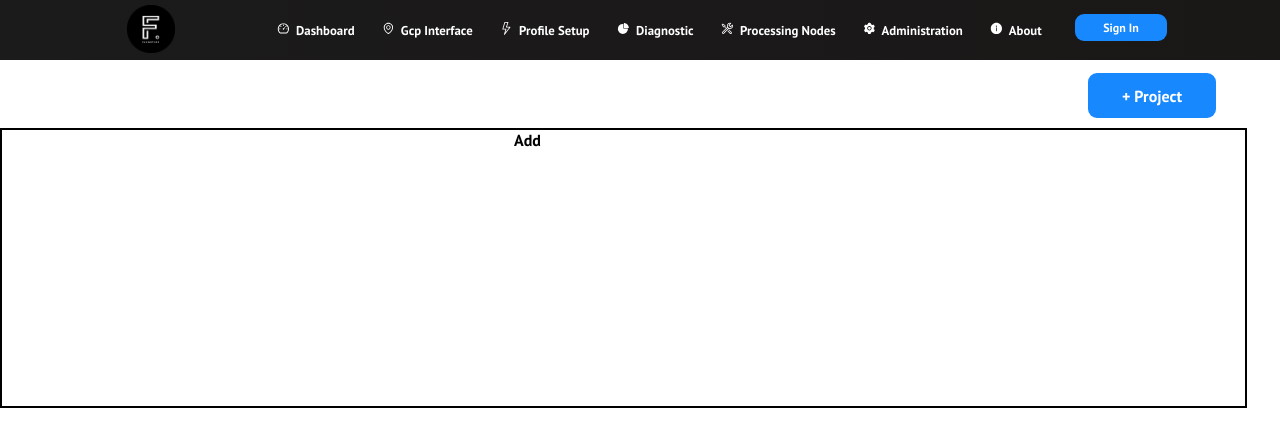
Repository: Akshaykumar1111/akki
Page: /Dashboard
The author's editor kept a copy of each file at every save. The page is drawn from the files as they stood at one save, then again after the next save.
The browser window is 1280 px wide. The pictures show the whole page.
Some web libraries are served in a nearby version. The project was rebuilt for these pictures with package versions that can differ from the ones it lists, and the page was loaded fresh each time. Also part of the build but not shown: src/components/pages/Administration.css, src/components/pages/Administration.js, src/components/pages/Diagnostic.js, src/components/pages/ProfileSetup.js, src/components/pages/GcpInterface.js, src/components/pages/ProcessingNodes.js, src/components/pages/About.js, src/components/pages/Popup.css and 7 more.

Above is the page before, as saved 2022-10-20 11:10:02.

### src/App.css
* {
  box-sizing: border-box;
  margin: 0;
  padding: 0;
  font-family: 'PT Sans', sans-serif;
}

.home,
.Diagnostic,
.Dashboard,
.ProfileSetup,
.GcpInterface,
.ProcessingNodes,
.products,
.Administration,
.DeveloperTools,
.About,
.sign-up,
.SigUp,
.Forgot,
.marketing,
.consulting {
  display: flex;
  height: 961.3px;
  align-items: center;
  justify-content: center;
  font-size: 2rem;
}


.map-container{
  width: 100%;
  height: 100%;
}

.Dashboard {
  background-image: url('./images/img-1.jpg');
  background-position: center;
  background-size: cover;
  background-repeat: no-repeat;
  color: #fff;
  font-size: 100px;

  margin-bottom: 10px;
}

.GcpInterface {
  background-image: url('./images/img-2.jpg');
  background-position: center;
  background-size: cover;
  background-repeat: no-repeat;
  color: #fff;
  font-size: 100px;
}

.Diagnostic {
  background-image: url('./images/img-3.jpg');
  background-position: center;
  background-size: fill;
  background-repeat: no-repeat;
  color: #fff;
  font-size: 100px;
}

.ProfileSetup {
  background-image: url('./images/img-4.jpg');
  background-position: center;
  background-size: cover;
  background-repeat: no-repeat;
  color: #fff;
  font-size: 100px;
}

.sign-up {
  background-image: url('./images/img-7.jpg');
  background-position: center;
  background-size: cover;
  background-repeat: no-repeat;
  color: #fff;
  font-size: 100px;
}

.marketing {
  background-image: url('./images/img-6.jpg');
  background-position: center;
  background-size: cover;
  background-repeat: no-repeat;
  color: #fff;
  font-size: 100px;
}

.consulting {
  background-image: url('./images/img-5.jpg');
  background-position: bottom;
  background-size: cover;
  background-repeat: no-repeat;
  color: #fff;
  font-size: 100px;
}

### src/components/pages/Dashboard.js

import React from 'react';
import '../../App.css';
import '../Button.css';
import './Dashboard.css';

export default function Dashboard() {
  return ( <>
  <button type="button" className='btn projectbtn'>+ Project</button>
  <div11>Add</div11>
  </>
  )
 }

### src/components/Button.js
import React from 'react';
import './Button.css';
import { Link } from 'react-router-dom';

export function Button() {
  return (
    <Link to='sign-In'>
      <button className='btn'>Sign In</button>
    </Link>
  );
}

### src/components/Navbar.css
.navbar {

  height: 70px;
  display: flex;
  justify-content: center;
  align-items: center;
  font-size: 1.2rem;


}
.nav-bg1{
  background-color: rgba(42, 41, 41, 0.606);
  }
.nav-bg2{
  background: linear-gradient(90deg, rgb(28, 27, 27) 0%, rgb(26, 23, 23) 100%);

}

.navbar-logo {
  color: #fff;
  justify-self: start;
  margin-left: 20px;
  cursor: pointer;
  text-decoration: none;
  font-size: 2rem;
}

.fa-firstdraft {
    margin-left: -18%;
    font-size: 1rem;
    height: 4rem;
    width: 4rem;
    text-align: center;
    margin-top: 12%;
    margin-left: -190%;
}
/* .log-img{
  width: 8%;
} */
.nav-menu {
  display: grid;
  grid-template-columns: repeat(8, auto);
  grid-gap: 10px;
  list-style: none;
  text-align: center;
  width: 70vw;
  justify-content: end;
  margin-right: 2rem;
}

.nav-item {
  display: flex;
  align-items: center;
  height: 80px;
  margin-top: 8%;
  display: flex;
}

.nav-links {
  color: white;
  text-decoration: none;
  padding: 0.5rem 1rem;
}

.nav-links:hover {
  background-color: #1888ff;
  border-radius: 4px;
  transition: all 0.2s ease-out;
}

.fa-bars {
  color: #fff;
}

.nav-links-mobile {
  display: none;
}

.menu-icon {
  display: none;
}
.li1{
  margin-top: 9%;
}

.li2{
  margin-top: 8%;
}
.li4{
  margin-top: 9%;
}
.li5{
  margin-top: 6.5%;
}
.li6{
  margin-top: 7.3%;
}
.li7{
  margin-top: 12.4%;
}
.li8{
  margin-top: 7%;
}

.nav-links1 {
  color: white;
  text-decoration: none;
  padding: 0.5rem 1rem;
}






@media screen and (max-width: 1648px) {
  .navbar {
    /* background: linear-gradient(90deg, rgb(28, 27, 27) 0%, rgb(26, 23, 23) 100%); */
    height: 60px;
    display: flex;
    justify-content: center;
    align-items: center;
    font-size: 0.8rem;
  }
  .nav-bg1{
    background-color: rgba(42, 41, 41, 0.606);
    }
  .nav-bg2{
    background: linear-gradient(90deg, rgb(28, 27, 27) 0%, rgb(26, 23, 23) 100%);

  }
  .navbar-logo {
    color: #fff;
    justify-self: start;
    margin-left: 20px;
    cursor: pointer;
    text-decoration: none;
    font-size: 1.5rem;
    padding-right: 1%;
  }

  .fa-firstdraft {
    margin-left: -6%;
    font-size: 1rem;
    height: 3rem;
    width: 3rem;
    text-align: center;
    margin-top: 12%;
}

  .nav-menu {
    display: grid;
    grid-template-columns: repeat(8, auto);
    grid-gap: 8px;
    list-style: none;
    text-align: center;
    width: 75vw;
    justify-content: end;
    margin-right: 1.2rem;
  }

  .nav-item {
    display: flex;
    align-items: center;
    height: 75px;
  }

  .nav-links {
    color: white;
    text-decoration: none;
    padding: 0.5rem 0.6rem;
  }

  .nav-links1 {
    color: white;
    text-decoration: none;
    padding: 0.5rem 1rem;
  }

  .nav-links:hover {
    background-color: #1888ff;
    border-radius: 4px;
    transition: all 0.2s ease-out;
  }

  .fa-bars {
    color: #fff;
  }

  .nav-links-mobile {
    display: none;
  }

  .menu-icon {
    display: none;
  }
  .li1{
    margin-top: 9%;
  }

  .li2{
    margin-top: 8%;
  }
  .li4{
    margin-top: 9%;
  }
  .li5{
    margin-top: 6.5%;
  }
  .li6{
    margin-top: 7.3%;
  }
  .li7{
    margin-top: 12.4%;
  }
  .li8{
    margin-top: 7%;
  }

}



@media screen and (max-width: 961px) {
  .NavbarItems {
    position: relative;
  }

  .nav-menu {
    display: flex;
    flex-direction: column;
    width: 100%;
    height: 90vh;
    position: absolute;
    top: 80px;
    left: -100%;
    opacity: 1;
    transition: all 0.5s ease;
  }

  .nav-menu.active {
    background: #242222;
    left: 0;
    opacity: 1;
    transition: all 0.5s ease;
    z-index: 1;
  }

  .nav-links {
    text-align: center;
    padding: 0rem;
    width: 100%;
    display: table;
    margin-top: -1%;
  }

  .nav-links1 {
    color: white;
    text-decoration: none;
    padding: 0.5rem 1rem;
  }


  .nav-links:hover {
    background-color: #1888ff;
    border-radius: 0;
  }

  .navbar-logo {
    position: absolute;
    top: 0;
    left: 0;
    transform: translate(25%, 50%);
  }

  .menu-icon {
    display: block;
    position: absolute;
    top: -8px;
    right: 0;
    transform: translate(-100%, 60%);
    font-size: 1.8rem;
    cursor: pointer;
  }

  .fa-times {
    color: #fff;
    font-size: 2rem;
  }
  .nav-item {
    display: flex;
    align-items: center;
    height: 88px;
    font-size: 155%;
}

  .nav-links-mobile {
    display: block;
    text-align: center;
    /* padding: 1.5rem; */
    margin: 0rem auto;
    border-radius: 16px;
    width: 50%;
    background: #1888ff;
    text-decoration: none;
    color: #fff;
    font-size: 1.2rem;
    height: 55px;
    margin-bottom: 2%;
    padding-top: 2%;
  }

  .nav-links-mobile:hover {
    background: #fff;
    color: #1888ff;
    transition: 250ms;
  }

  .nav-Button{
    margin-top: 14%;
  }
  /* button {
    display: none;
  } */
  .fa-firstdraft {
    margin-left: 85%;
    font-size: 1rem;
    height: 3rem;
    width: 3rem;
    text-align: center;
    margin-top: -28%;
}
.li1{
  margin-top: 9%;
}

.li2{
  margin-top: 8%;
}
.li4{
  margin-top: 9%;
}
.li5{
  margin-top: 6.5%;
}
.li6{
  margin-top: 7.3%;
}
.li7{
  margin-top: 12.4%;
}
.li8{
  margin-top: 7%;
}

}



@media screen and (max-width: 480px) {
  .NavbarItems {
    position: relative;
  }

  .nav-menu {
    display: flex;
    flex-direction: column;
    width: 100%;
    height: 90vh;
    position: absolute;
    top: 80px;
    left: -100%;
    opacity: 1;
    transition: all 0.5s ease;
  }

  .nav-menu.active {
    background: #242222;
    left: 0;
    opacity: 1;
    transition: all 0.5s ease;
    z-index: 1;
  }

  .nav-links {
    text-align: center;
    padding: 0rem;
    width: 100%;
    display: table;
    margin-top: -1%;
  }

  .nav-links1 {
    color: white;
    text-decoration: none;
    padding: 0.5rem 1rem;
  }


  .nav-links:hover {
    background-color: #1888ff;
    border-radius: 0;
  }

  .navbar-logo {
    position: absolute;
    top: 0;
    left: 0;
    transform: translate(25%, 50%);
  }

  .menu-icon {
    display: block;
    position: absolute;
    top: -8px;
    right: 0;
    transform: translate(-100%, 60%);
    font-size: 1.8rem;
    cursor: pointer;
  }

  .fa-times {
    color: #fff;
    font-size: 2rem;
  }
  .nav-item {
    display: flex;
    align-items: center;
    height: 88px;
    font-size: 155%;
}

  .nav-links-mobile {
    display: block;
    text-align: center;
    /* padding: 1.5rem; */
    margin: 0rem auto;
    border-radius: 16px;
    width: 50%;
    background: #1888ff;
    text-decoration: none;
    color: #fff;
    font-size: 1.2rem;
    height: 55px;
    margin-bottom: 2%;
    padding-top: 2%;
  }

  .nav-links-mobile:hover {
    background: #fff;
    color: #1888ff;
    transition: 250ms;
  }

  .nav-Button{
    margin-top: 14%;
  }
  /* button {
    display: none;
  } */
  .fa-firstdraft {
    margin-left: 50%;
    font-size: 1rem;
    height: 3rem;
    width: 3rem;
    text-align: center;
    margin-top: -28%;
}
.li1{
  margin-top: 9%;
}

.li2{
  margin-top: 8%;
}
.li4{
  margin-top: 9%;
}
.li5{
  margin-top: 6.5%;
}
.li6{
  margin-top: 7.3%;
}
.li7{
  margin-top: 12.4%;
}
.li8{
  margin-top: 7%;
}

}

/* <-----------sticky navbar----------> */
/* .sticky{
  position: fixed;
  top: 0;
  left: 0;
  width: 100%;
  height: 5rem;
  padding-top: 0;
  padding-bottom: 0;
  box-shadow: 0 0 2rem 0 rgb(0,0,0,5);
} */
/* <-----------sticky navbar end----------> */

### src/components/Button.css
:root {
  --primary: #1888ff;
}

.btn {
  padding: 6px 9px;
  border-radius: 4px;
  outline: none;
  border: none;
  font-size: 15px;
  color: #fff;
  cursor: pointer;
  background-color: var(--primary);
  margin-top: 33%;
}
.projectbtn {
  font-size: 150%;
  /* padding: 0.5% 0.1% 0.5% 0.1%; */
  width: 10%;
  margin-top: 1%;
  margin-left: 89%;
}

.btn:hover {
  padding: 5px 9px;
  transition: all 0.3s ease-out;
  background-color: transparent;
  color: #fff;
  border-radius: 4px;
  border: 2px solid var(--primary);
  transition: all 0.3s ease-out;
}
@media screen and (max-width: 1140px) {
  .NavbarItems {
    position: relative;
  }
  :root {
    --primary: #1888ff;
  }

  .btn {
    padding: 6px 12px;
    border-radius: 9px;
    outline: none;
    border: none;
    font-size: 12px;
    color: #fff;
    cursor: pointer;
    background-color: var(--primary);
    margin-top: 36%;
  }
  .projectbtn {
    font-size: 150%;
    /* padding: 0.5% 0.1% 0.5% 0.1%; */
    width: 10%;
    margin-top: 1%;
    margin-left: 89%;
  }

  .btn:hover {
    padding: 6px 18px;
    transition: all 0.3s ease-out;
    background-color: transparent;
    color: #fff;
    border-radius: 4px;
    border: 2px solid var(--primary);
    transition: all 0.3s ease-out;
  }
}

@media screen and (max-width: 1648px) {
  .NavbarItems {
    position: relative;
  }
  :root {
    --primary: #1888ff;
  }

  .btn {
    padding: 6px 12px;
    border-radius: 9px;
    outline: none;
    border: none;
    font-size: 12px;
    color: #fff;
    cursor: pointer;
    background-color: var(--primary);
    margin-top: 26%;
  }
  .projectbtn {
    font-size: 100%;
    padding: 1% 0.1% 1% 0.1%;
    width: 10%;
    margin-top: 1%;
    margin-left: 85%;
  }

  .btn:hover {
    padding: 6px 18px;
    transition: all 0.3s ease-out;
    background-color: transparent;
    color: #fff;
    border-radius: 4px;
    border: 2px solid var(--primary);
    transition: all 0.3s ease-out;
  }
}




@media screen and (max-width: 961px) {
  .NavbarItems {
    position: relative;
  }
  :root {
    --primary: #1888ff;
  }

  .btn {

    border-radius: 9px;
    outline: none;
    border: none;
    font-size: 12px;
    color: #fff;
    cursor: pointer;
    background-color: var(--primary);
    width: auto;
    margin-top: 3%;
  }
  .projectbtn {
    font-size: 100%;
    padding: 1.5% 0.1% 1.5% 0.1%;
    width: 10%;
    margin-top: 1%;
    margin-left: 86%;
  }

  .btn:hover {
    padding: 0px 0px;
    transition: all 0.3s ease-out;
    background-color: transparent;
    color: #fff;
    border-radius: 4px;
    border: 2px solid var(--primary);
    transition: all 0.3s ease-out;
  }
}

### src/components/pages/Dashboard.css
div11{
    padding: 0% 55% 20% 40%;
    border:2px solid black;
    background: transparent;
    }

### src/components/pages/Signin.css
.sign-ups{
    display: flex;
    height: 33px;
    align-items: center;
    justify-content: center;
    font-size: 3rem;
    margin-top: -9px;
    color:whitesmoke;
    text-shadow: 2px 2px 15px white;
  }
  body {font-family: Arial, Helvetica, sans-serif;}
  /* The Modal (background) */
  .Main-login-Div {
  width: 100%;
  height: 100%;
  background-color: rgba(0,0,0,0.4);

  padding:10% 20% 5.6% 20%;

  background-image: url('../../images/abhi.jpg');
  background-size: cover;


  }

  /* input[type=text], input[type=password] {
  width: 100%;
  padding: 12px 20px;
  margin: 12px 0;
  display: inline-block;
  border: 1px solid #ccc;
  box-sizing: border-box;
  } */
  .input[type=text], .input[type=password] {
    width: 100%;
    padding: 12px 20px;
    margin: 12px 0;
    display: inline-block;
    border: 1px solid #ccc;
    box-sizing: border-box;
    }

  /* Set a style for all buttons */
  button {
  background-color: var(--primary);
  color: white;
  padding: 14px 20px;
  margin: 12px 0;
  border: none;
  cursor: pointer;
  width: 100%;
  border-radius: 10px;

  }


  button:hover {
  opacity: 0.8;
  }

  .nav-links-mobile {
    display: none;
  }

  /* Extra styles for the cancel button */
  .cancelbtn {
  width: auto;
  padding: 10px 18px;
  background-color: #f44336;
  border-radius: 9%;
  }

  .Signupbtn{
  width: auto;
  padding: 10px 18px;
  background-color: var(--primary);
  text-align: center;
  border-radius: 9%;
  }

  /* Center the image and position the close button */
  .imgcontainer  {
  text-align: center;
  margin: 24px 0 12px 0;
  position: relative;
  }

  img.avatar {
  width: 40%;
  border-radius: 50%;
  }

  .container {
  padding: 16px;
  /* text-align: right; */

  }
  .cont2{
    margin-left: 75px;
  }

  .container5 {

  /* text-align: right; */
  width: 100%;
  display: flex;
  /* height: 10%; */

  }

  .container1 {
  padding: 16px;

  width: 80%;

  }
  .container2 {
  width: 20%;
  text-align: right;
  padding: 16px;

  }







  span.psw {
  float: right;
  padding-top: 16px;
  }



  /* Modal Content/Box */
  .modal-content {
  background-color: #fefefe;
  margin: 5% auto 15% auto; /* 5% from the top, 15% from the bottom and centered */
  border: 1px solid #888;
  width: 80%; /* Could be more or less, depending on screen size */
  border-radius: 18px;
  }

  /* The Close Button (x) */
  .close {
  position: absolute;
  right: 25px;
  top: 0;
  color: #000;
  font-size: 35px;
  font-weight: bold;
  }

  .close:hover,
  .close:focus {
  color: red;
  cursor: pointer;
  }

  /* Add Zoom Animation */
  .animate {
  -webkit-animation: animatezoom 0.6s;
  animation: animatezoom 0.6s
  }

  @-webkit-keyframes animatezoom {
  from {-webkit-transform: scale(0)}
  to {-webkit-transform: scale(1)}
  }

  @keyframes animatezoom {
  from {transform: scale(0)}
  to {transform: scale(1)}
  }


  /* /////////////////////////////////////////////////////////////////////////////////////////////////////////////////// */
  @media screen and (max-width: 961px){
  .sign-ups{
    display: flex;
    height: 33px;
    align-items: center;
    justify-content: center;
    font-size: 3rem;
    margin-top: -9px;
    color:whitesmoke;
    text-shadow: 2px 2px 15px white;
  }
  body {font-family: Arial, Helvetica, sans-serif;}
  /* The Modal (background) */
  .Main-login-Div {
  width: 100%; /* Full width */
  height: 100%; /* Full height */
  background-color: rgba(0,0,0,0.4); /* Black w/ opacity */
  padding-top: 15%;
  padding-bottom: 2%;

  background-image: url('../../images/abhi.jpg');
  background-size: cover;


  }

  .input2[type=text], .input2[type=password] {
  width: 80%;
  padding: 12px 20px;
  margin: 12px 0;
  display: inline-block;
  border: 1px solid #ccc;
  box-sizing: border-box;
  }

  /* Set a style for all buttons */
  button {
  background-color: var(--primary);
  color: white;
  padding: 14px 20px;
  margin: 12px 0;
  border: none;
  cursor: pointer;
  width: 100%;
  border-radius: 10px;
  }


  button:hover {
  opacity: 0.8;
  }

  /* Extra styles for the cancel button */
  .cancelbtn {
  /* width: auto; */
  padding: 10px 18px;
  background-color: #f44336;
  }

  .Signupbtn{
  /* width: auto; */
  padding: 10px 18px;
  background-color: var(--primary);
  text-align: center;

  }

  /* Center the image and position the close button */
  .imgcontainer  {
  text-align: center;
  margin: 24px 0 12px 0;
  position: relative;
  }

  img.avatar {
  width: 40%;
  border-radius: 50%;
  }

  .container {
  padding: 16px;
  /* text-align: right; */

  }

  .container5 {

  /* text-align: right; */
  width: 100%;
  display: flex;
  /* height: 10%; */

  }

  .container1 {
  padding: 16px;

  width: 80%;

  }
  .container2 {
  width: 50%;
  text-align: right;
  padding: 16px;

  }








  span.psw {
  float: right;
  padding-top: 16px;
  }



  /* Modal Content/Box */
  .modal-content {
  background-color: #fefefe;
  margin: 5% auto 15% auto; /* 5% from the top, 15% from the bottom and centered */
  border: 1px solid #888;
  width: 80%; /* Could be more or less, depending on screen size */
  border-radius: 18px;
  }

  /* The Close Button (x) */
  .close {
  position: absolute;
  right: 25px;
  top: 0;
  color: #000;
  font-size: 35px;
  font-weight: bold;
  }

  .close:hover,
  .close:focus {
  color: red;
  cursor: pointer;
  }

  /* Add Zoom Animation */
  .animate {
  -webkit-animation: animatezoom 0.6s;
  animation: animatezoom 0.6s
  }

  @-webkit-keyframes animatezoom {
  from {-webkit-transform: scale(0)}
  to {-webkit-transform: scale(1)}
  }

  @keyframes animatezoom {
  from {transform: scale(0)}
  to {transform: scale(1)}
  }
  }
  @media screen and (max-width: 300px) {
    span.psw {
       display: block;
       float: none;
    }
    .cancelbtn {
       width: 100%;
    }
  }

  @media screen and (max-width: 610px){
    .sign-ups{
      display: flex;
      height: 33px;
      align-items: center;
      justify-content: center;
      font-size: 2rem;
      margin-top: -9px;
      color:whitesmoke;
      text-shadow: 2px 2px 15px white;
    }
    body {font-family: Arial, Helvetica, sans-serif;}
    /* The Modal (background) */
    .Main-login-Div {
    width: 100%; /* Full width */
    height: 100%; /* Full height */
    background-color: rgba(0,0,0,0.4); /* Black w/ opacity */
    padding-top: 15%;
    padding-bottom: 2%;

    background-image: url('../../images/abhi.jpg');
    background-size: cover;


    }

    .input[type=text], .input[type=password] {
    width: 100%;
    padding: 12px 20px;
    margin: 12px 0;
    display: inline-block;
    border: 1px solid #ccc;
    box-sizing: border-box;
    }

    /* Set a style for all buttons */
    /* button {
    background-color: var(--primary);
    color: white;
    padding: 14px 20px;
    margin: 12px 0;
    border: none;
    cursor: pointer;
    width: 126%;
    } */
    .button {
      background-color: var(--primary);
      color: white;
      padding: 14px 20px;
      margin: 12px 0;
      border: none;
      cursor: pointer;
      width: 100%;
      border-radius: 10px;
      }



    button:hover {
    opacity: 0.8;
    }

    /* Extra styles for the cancel button */
    .cancelbtn {
    /* width: auto; */
    padding: 7px 14px;
    background-color: #f44336;
    }
    .cont2{
      margin-left: 75px;

    }
    .Signupbtn{
    /* width: auto; */
    padding: 3px 11px;
    background-color: var(--primary);
    text-align: center;
    font-size: 14px;

    }
    .Forgot-password{
      font-size: 12px;
    }

    /* Center the image and position the close button */
    .imgcontainer  {
    text-align: center;
    margin: 24px 0 12px 0;
    position: relative;
    }

    img.avatar {
    width: 40%;
    border-radius: 50%;
    }

    .container {
    padding: 16px;
    /* text-align: right; */
    width: 100%;

    }

    .container5 {

    /* text-align: right; */
    width: 100%;
    display: flex;
    /* height: 10%; */

    }

    .container1{
    padding: 16px;

    width: 80%;

    }
    .container2 {
    width: 50%;
    text-align: right;
    padding: 16px;

    }








    span.psw1 {
    float: right;
    padding-top: 16px;
    }



    /* Modal Content/Box */
    .modal-content {
    background-color: #fefefe;
    margin: 5% auto 15% auto; /* 5% from the top, 15% from the bottom and centered */
    border: 1px solid #888;
    width: 80%; /* Could be more or less, depending on screen size */
    border-radius: 18px;
    }

    /* The Close Button (x) */
    .close {
    position: absolute;
    right: 25px;
    top: 0;
    color: #000;
    font-size: 35px;
    font-weight: bold;
    }

    .close:hover,
    .close:focus {
    color: red;
    cursor: pointer;
    }

    /* Add Zoom Animation */
    .animate {
    -webkit-animation: animatezoom 0.6s;
    animation: animatezoom 0.6s
    }

    @-webkit-keyframes animatezoom {
    from {-webkit-transform: scale(0)}
    to {-webkit-transform: scale(1)}
    }

    @keyframes animatezoom {
    from {transform: scale(0)}
    to {transform: scale(1)}
    }
    }

    @media screen and (max-width: 523px){
      .sign-ups{
        display: flex;
        height: 33px;
        align-items: center;
        justify-content: center;
        font-size: 1.5rem;
        margin-top: -9px;
        color:whitesmoke;
        text-shadow: 2px 2px 15px white;
      }
      body {font-family: Arial, Helvetica, sans-serif;}
      /* The Modal (background) */
      .Main-login-Div {
      width: 100%; /* Full width */
      height: 100%; /* Full height */
      background-color: rgba(0,0,0,0.4); /* Black w/ opacity */
      padding-top: 15%;
      padding-bottom: 2%;

      background-image: url('../../images/abhi.jpg');
      background-size: cover;


      }

      .input[type=text], .input[type=password] {
      width: 100%;
      padding: 12px 20px;
      margin: 12px 0;
      display: inline-block;
      border: 1px solid #ccc;
      box-sizing: border-box;
      }

      /* Set a style for all buttons */
      /* button {
      background-color: var(--primary);
      color: white;
      padding: 14px 20px;
      margin: 12px 0;
      border: none;
      cursor: pointer;
      width: 126%;
      } */
      .button {
        background-color: var(--primary);
        color: white;
        padding: 14px 20px;
        margin: 12px 0;
        border: none;
        cursor: pointer;
        width: 100%;
        border-radius: 10px;

        }



      button:hover {
      opacity: 0.8;
      }

      /* Extra styles for the cancel button */
      .cancelbtn {
      /* width: auto; */
      padding: 7px 14px;
      background-color: #f44336;
      }
      .cont2{
        margin-left: 30px;

      }
      .Signupbtn{
      /* width: auto; */
      padding: 3px 11px;
      background-color: var(--primary);
      text-align: center;
      font-size: 14px;

      }
      .Forgot-password{
        font-size: 12px;
      }

      /* Center the image and position the close button */
      .imgcontainer  {
      text-align: center;
      margin: 24px 0 12px 0;
      position: relative;
      }

      img.avatar {
      width: 40%;
      border-radius: 50%;
      }

      .container {
      padding: 16px;
      /* text-align: right; */
      width: 100%;

      }

      .container5 {

      /* text-align: right; */
      width: 100%;
      display: flex;
      /* height: 10%; */

      }

      .container1{
      padding: 16px;

      width: 80%;

      }
      .container2 {
      width: 50%;
      text-align: right;
      padding: 16px;

      }








      span.psw1 {
      float: right;
      padding-top: 16px;
      }



      /* Modal Content/Box */
      .modal-content {
      background-color: #fefefe;
      margin: 5% auto 15% auto; /* 5% from the top, 15% from the bottom and centered */
      border: 1px solid #888;
      width: 80%; /* Could be more or less, depending on screen size */
      border-radius: 18px;
      }

      /* The Close Button (x) */
      .close {
      position: absolute;
      right: 25px;
      top: 0;
      color: #000;
      font-size: 35px;
      font-weight: bold;
      }

      .close:hover,
      .close:focus {
      color: red;
      cursor: pointer;
      }

      /* Add Zoom Animation */
      .animate {
      -webkit-animation: animatezoom 0.6s;
      animation: animatezoom 0.6s
      }

      @-webkit-keyframes animatezoom {
      from {-webkit-transform: scale(0)}
      to {-webkit-transform: scale(1)}
      }

      @keyframes animatezoom {
      from {transform: scale(0)}
      to {transform: scale(1)}
      }

      }

Loaded but not shown: public/index.html (common file); src/index.js (common file); src/components/Navbar.js (179 lines, source omitted); src/App.js (57 lines, source omitted)

After the next save:
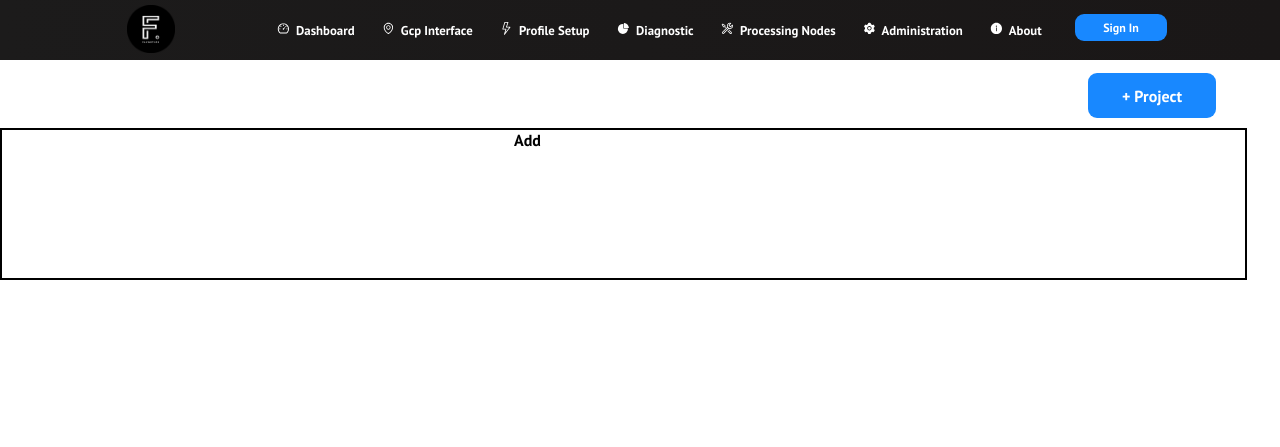
Saved 16 s later.
--- a/src/components/pages/Dashboard.css
+++ b/src/components/pages/Dashboard.css
@@ -1,5 +1,5 @@
 div11{
-    padding: 0% 55% 20% 40%;
+    padding: 0% 55% 10% 40%;
     border:2px solid black;
     background: transparent;
     }
